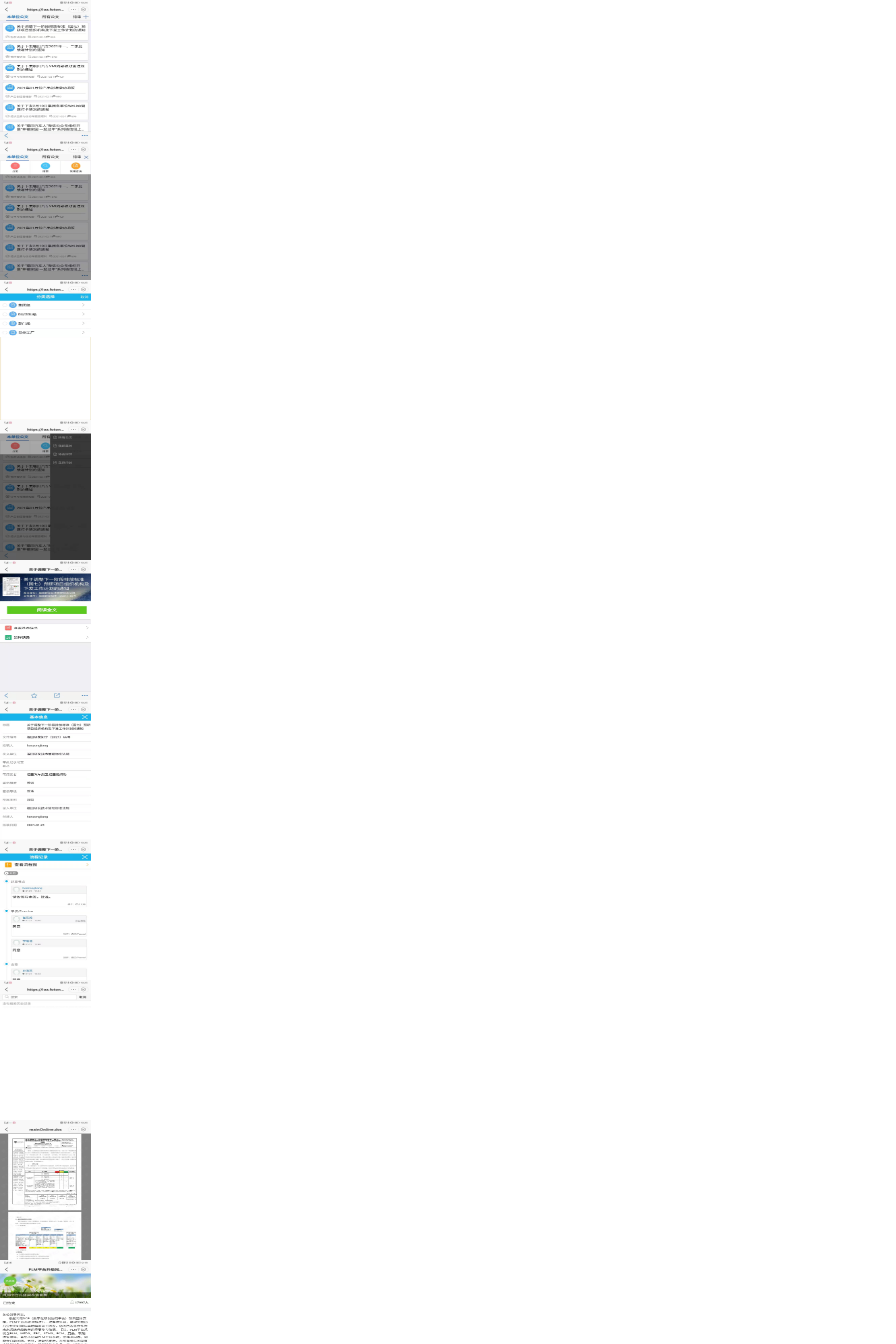
Repository: ch230/2021
Page: A.html
The author's editor kept a copy of each file at every save. The page is drawn from the files as they stood at one save, then again after the next save.
The browser window is 1280 px wide. The pictures show the part of the page from y = 0 to 1920 px (the page is 6204 px tall before and 6824 px after), at 70% of full size.

Above is the page before, as saved 2021-02-15 14:35:34.

After the next save:
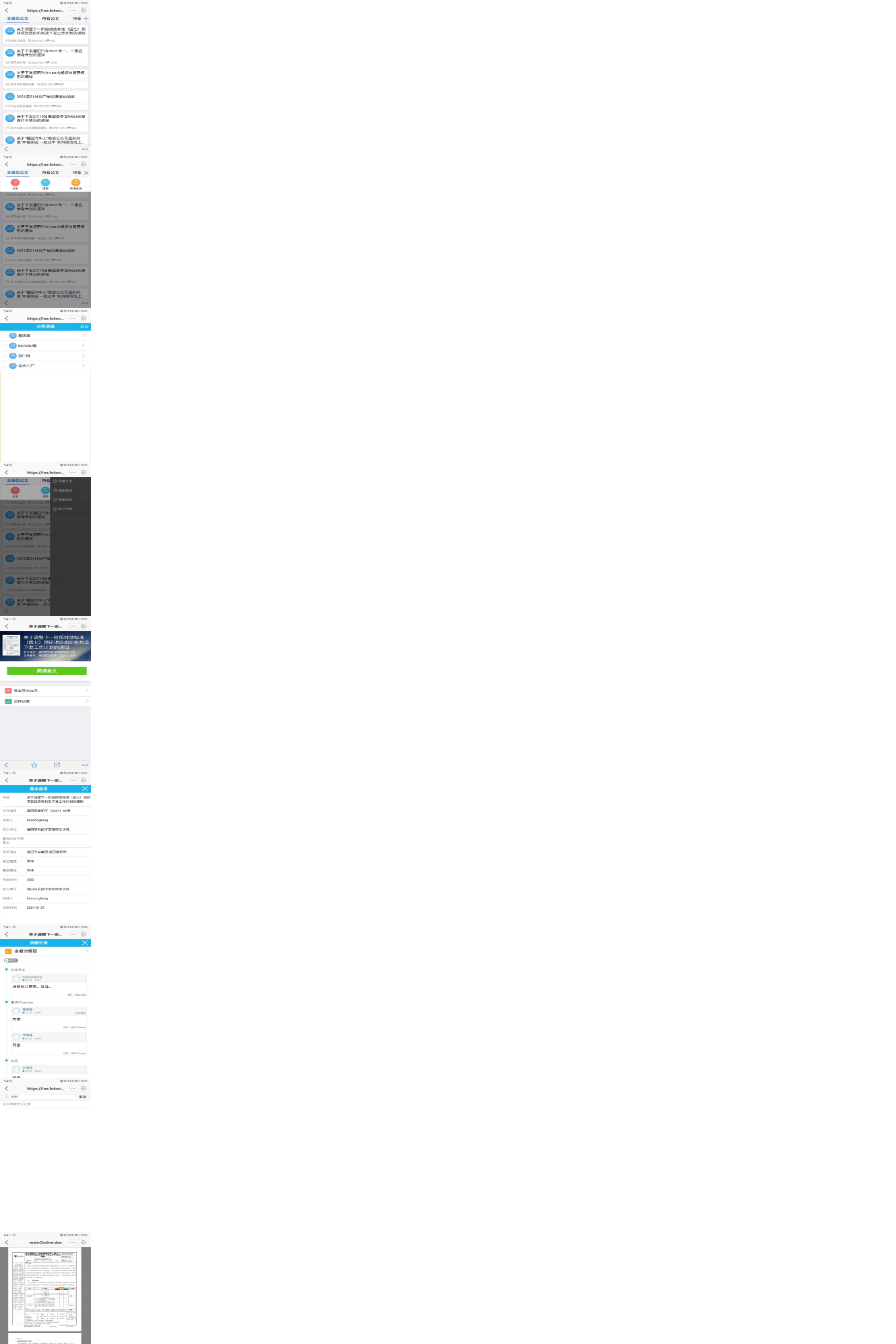
Saved 7 s later.
--- a/A.html
+++ b/A.html
@@ -21,7 +21,7 @@
       #items ul {
       }
       #items ul li {
-        height: 200px;
+        height: 220px;
         width: 130px;
       }
       #items ul li img {
